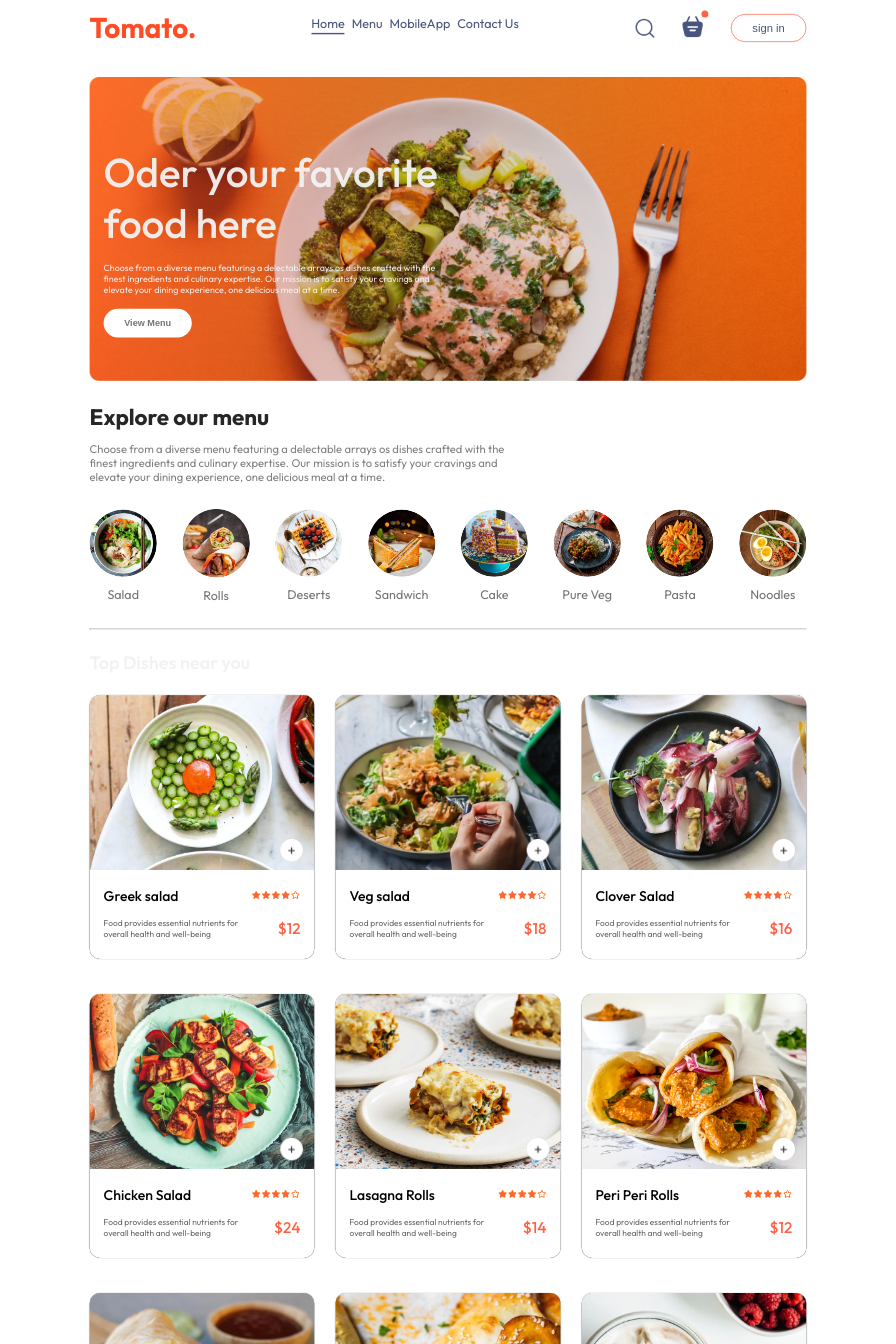
Repository: guilhermecardoso93/tomato-front-end
Page: /
An editor plug-in stored every save of this project. The page is shown before and after the next save, followed by the edit.
The browser window is 1280 px wide. The pictures show the part of the page from y = 0 to 1920 px (the page is 6035 px tall), at 70% of full size.
The project was rebuilt for these pictures with package versions that can differ from the ones it lists, and the page was loaded fresh each time. Also part of the build but not shown: vite.config.js, src/pages/Cart/styles.css, src/pages/Cart/index.jsx, src/pages/PlaceOrder/styles.css, src/pages/PlaceOrder/index.jsx.

Above is the page before, as saved 2024-10-31 18:58:53.

After the next save:
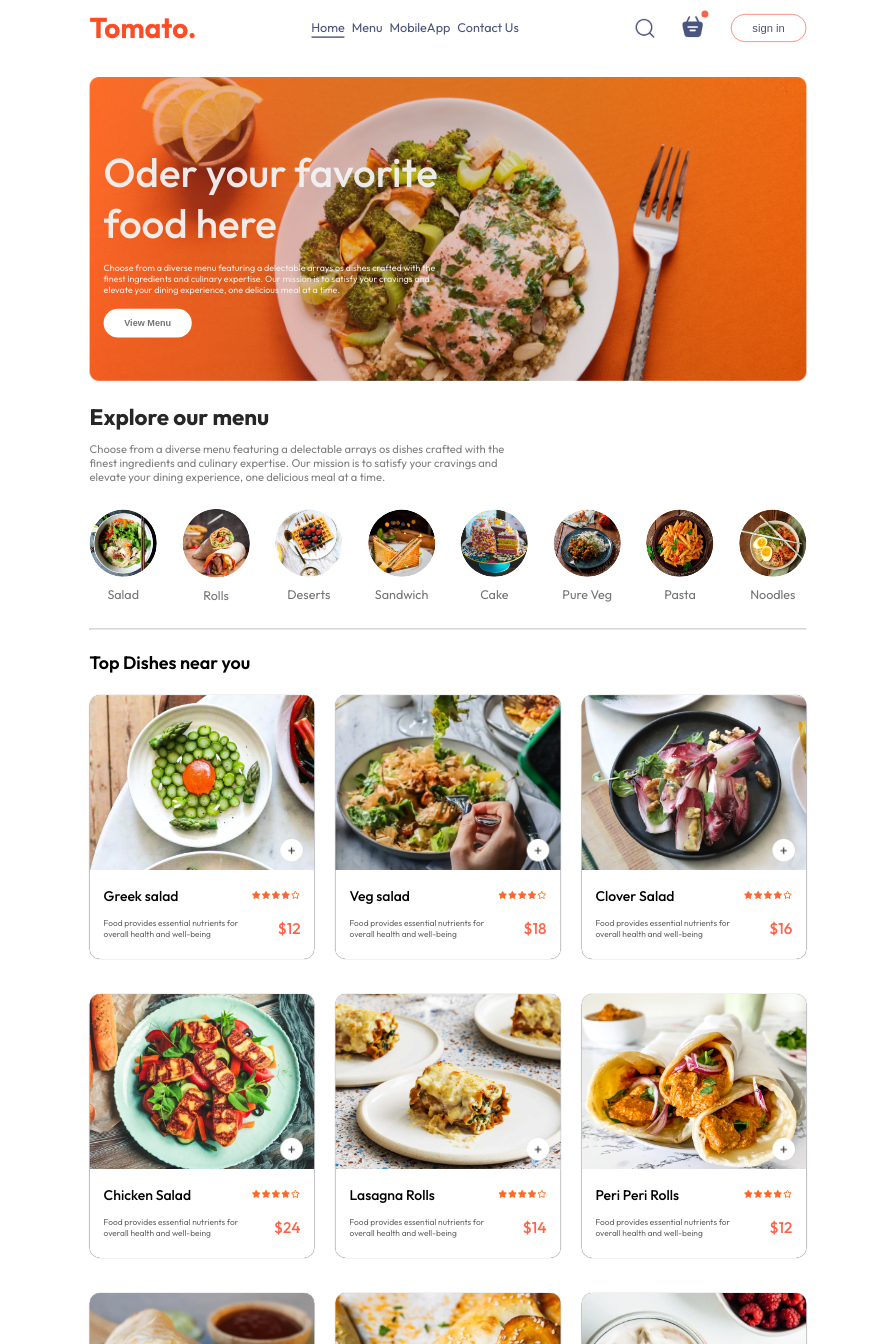
Saved 10 s later.
--- a/src/components/Footer/styles.css
+++ b/src/components/Footer/styles.css
@@ -23,11 +23,11 @@ footer {
   gap: 20px;
 }
 
-li {
+footer li {
   list-style: none;
   margin-bottom: 10px;
 }
 
-h2 {
+footer h2 {
   color: #f2f2f2;
 }
